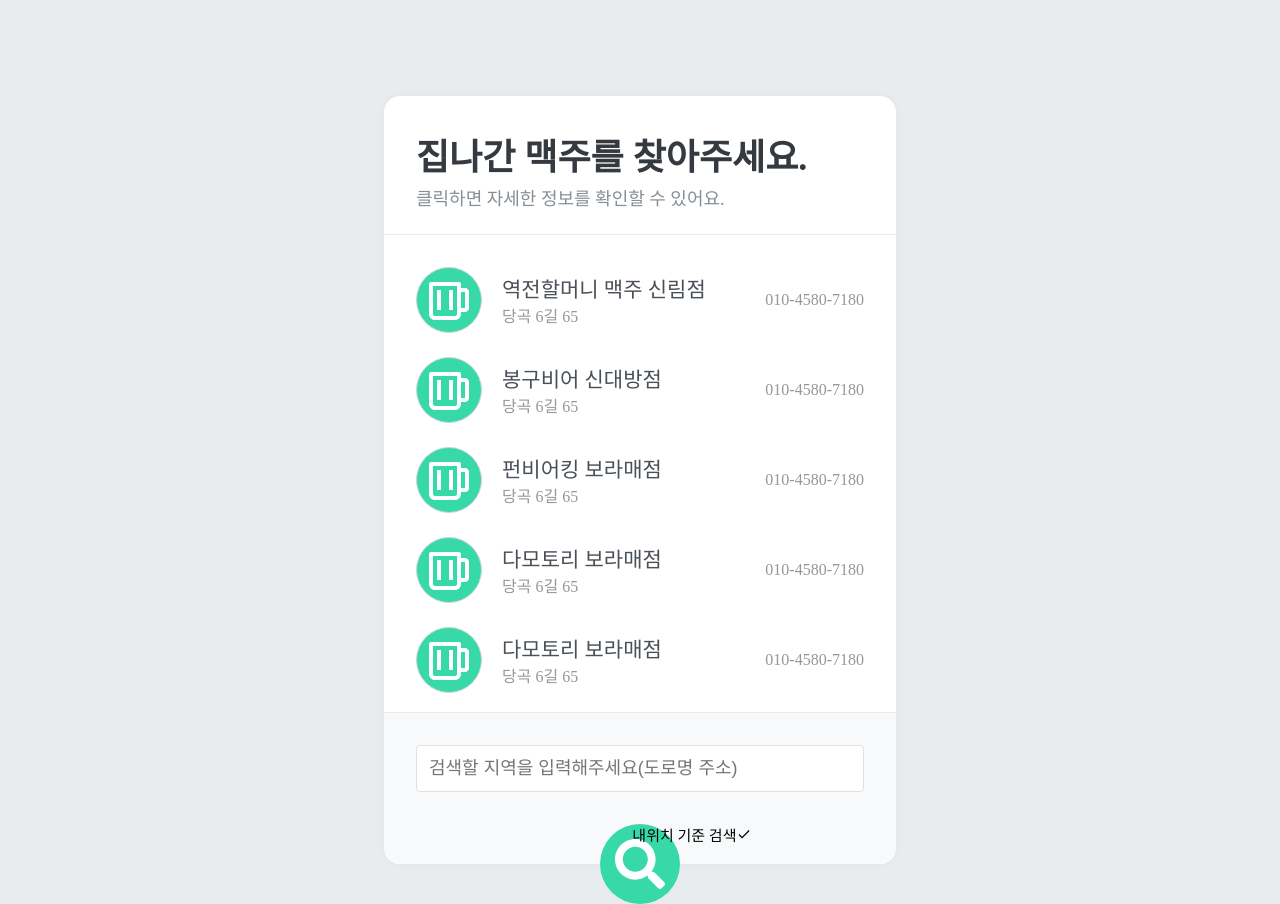
Repository: THE-SOPT-WEB/kimNamjun
Page: / (app in week4/bring-my-beer/)
An editor plug-in stored every save of this project. The page is shown before and after the next save, followed by the edit.
The browser window is 1280 px wide. The pictures show the whole page.
An inner scrolling area shows only its first screen. The project was rebuilt for these pictures with package versions that can differ from the ones it lists, and the page was loaded fresh each time.

Above is the page before, as saved 2022-05-13 02:10:14.

After the next save:
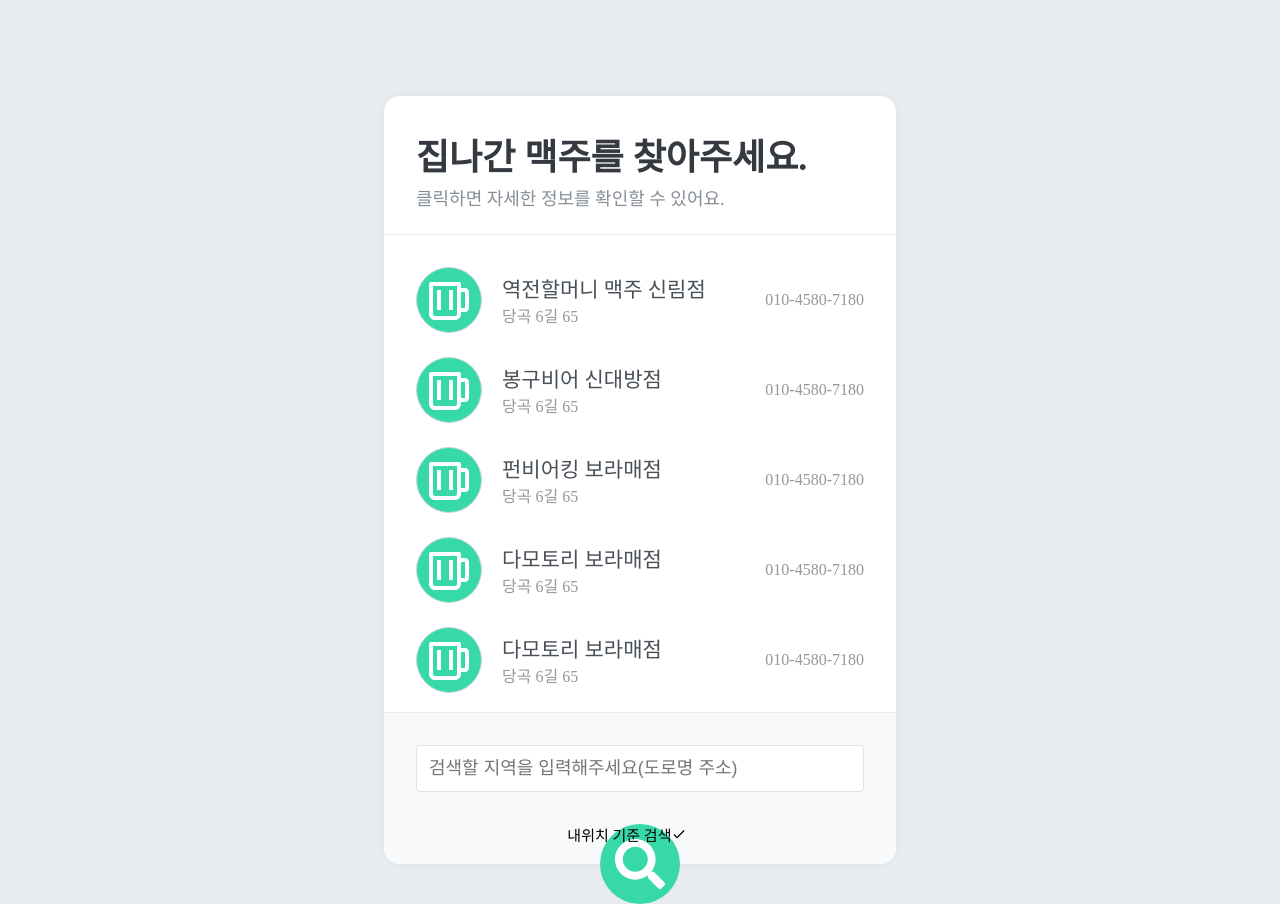
Saved 6 s later.
--- a/week4/bring-my-beer/src/components/Search.jsx
+++ b/week4/bring-my-beer/src/components/Search.jsx
@@ -65,7 +65,7 @@ const CheckBox = styled.div`
   justify-content: center;
   font-size: 15px;
   position: absolute;
-  right: 85px;
+  right: 150px;
   bottom: 30px;
   transform: translate(-50%, 50%);
   border-radius: 50%;
